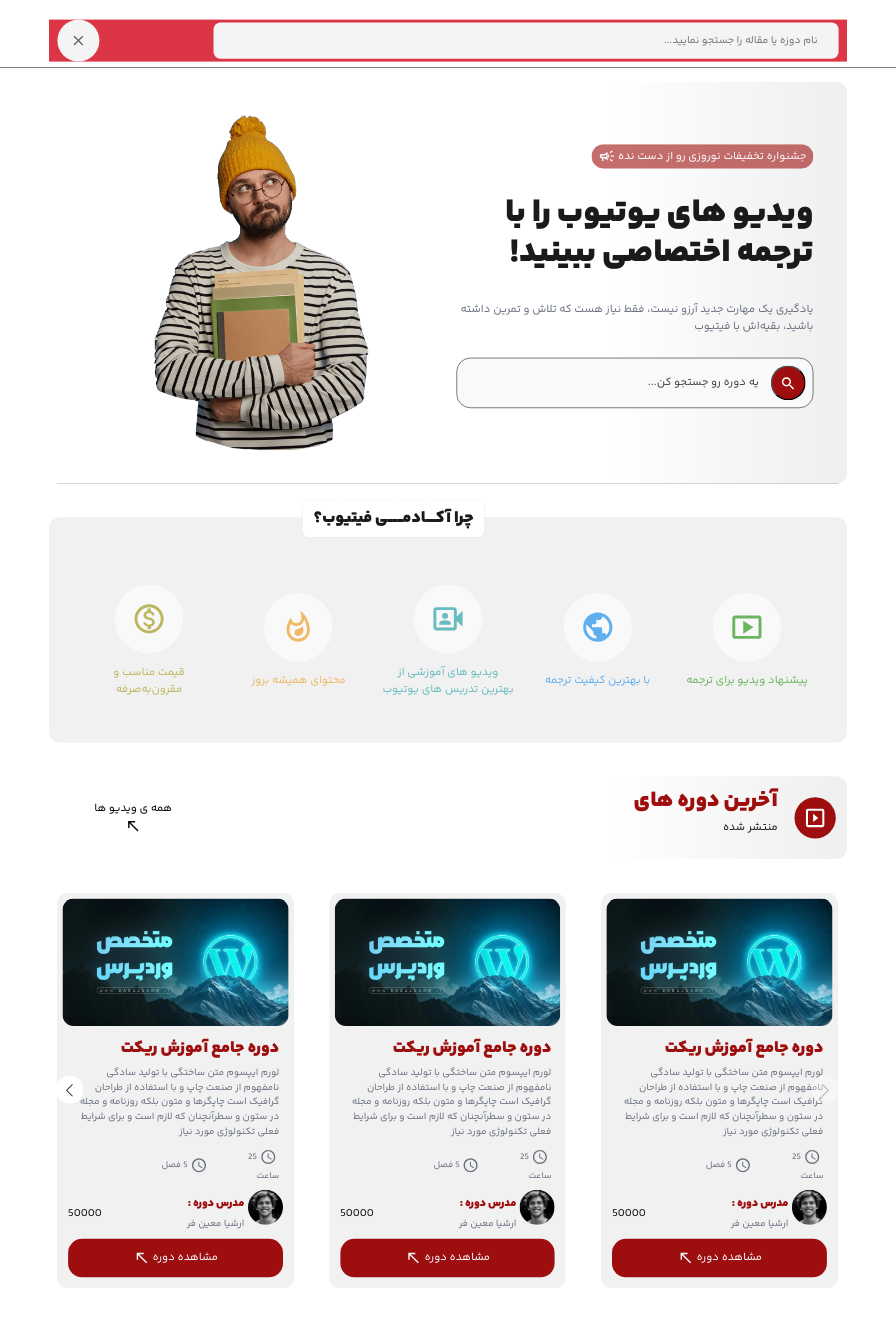
Repository: arshiamoeinfar/fitube
Page: /, after clicking the first element matching `div.utility-bar > :nth-child(2)`
These files come from the project's save history. The page is drawn as it stood at one moment and after the next save; the edit follows.
The browser window is 1280 px wide. The pictures show the part of the page from y = 0 to 1920 px (the page is 2921 px tall), at 70% of full size.
The project was rebuilt for these pictures with package versions that can differ from the ones it lists, and the page was loaded fresh each time. Also part of the build but not shown: src/components/LandingCounter/LandingCounter.css, src/components/LandingCounter/LandingCounter.js, src/components/BoxHeader/BoxHeader.jsx, src/components/Category/Category.jsx, src/components/CartPermium/CartPremium.jsx, src/components/BuyPremium/BuyPremium.jsx, src/pages/Login/Login.js, src/components/MovieHeader/VideoPlayer.css and 2 more. Imported but missing from the stored project, and not drawn on this page: src/assets/videos/video5972191431412946595.mp4.

Above is the page before, as saved 2025-04-04 12:00:01.

### src/index.css
@font-face {
    font-family: 'YakanBakh';
    src: url("./assets/fonts/YekanBakh-Black.ttf") format('truetype');
}
@font-face {
    font-family: 'YakanBakhMedium';
    src: url("./assets/fonts/YekanBakh-Regular.ttf") format('truetype');
}


:root{
    --bs-font-bold: 'YakanBakh';
    --bs-font-md: 'YakanBakhMedium';
}
* {
  margin: 0;
  padding: 0;
  box-sizing: border-box;
  direction: rtl;
}

html,
body {
  width: 100%;
  height: 100%;
  margin: 0;
  padding: 0;
  background-color: #00000000;
}

### src/components/DarkMode/DarkMode.jsx
import { useState, useEffect } from "react";
import { IconButton } from "@mui/material";
import { Brightness4, Brightness7 } from "@mui/icons-material";
import BedtimeOutlinedIcon from '@mui/icons-material/BedtimeOutlined';
import WbSunnyOutlinedIcon from '@mui/icons-material/WbSunnyOutlined';
import "./DarkMode.css";
const ThemeToggle = () => {
    const [theme, setTheme] = useState(localStorage.getItem("theme") || "light");

    useEffect(() => {
        document.documentElement.setAttribute("data-bs-theme", theme);
        localStorage.setItem("theme", theme);
    }, [theme]);

    return (
        <IconButton onClick={() => setTheme(theme === "light" ? "dark" : "light")} color="inherit">
            {theme === "light" ? <BedtimeOutlinedIcon /> : <WbSunnyOutlinedIcon />}
        </IconButton>
    );
};

export default ThemeToggle;

### src/components/DarkMode/DarkMode.css

#btn-DarkMode {
  background-color: var(--btn-bg-color);
  color: var(--btn-color);
  border-color: var(--btn-border-color);
}

:root[data-bs-theme="dark"] {
    --bs-body-bg: #0d0d0d; /* پس‌زمینه کاملاً تاریک */
    --bs-body-color: #e0e0e0; /* متن خاکستری روشن برای خوانایی */
    --bs-card-bg: #1a1a1a; /* رنگ کارت‌ها */
    --bs-card-border-color: #333; /* رنگ بردر کارت */
    --bs-btn-bg: #ffffff; /* رنگ دکمه‌ها */
    --bs-btn-border-color: #444;
    --bs-btn-hover-bg: #333;
    --bs-link-color: #9acd32; /* رنگ لینک‌ها */
    --bg-utility-navbar: #1b1b21;
    --bs-submenu-bg: #9f0e0e;
    --bs-menu-bg:#fff;
    --bs-main-color: #15151A;
    --bs-main-color2: #111115;
    --bs-back-main-2:#121218;
    --bs-btn-hover: #600707;
    --bs-text-color: #ffffff;
}
:root[data-bs-theme="light"] {
    --bs-body-bg: #ffffff; /* پس‌زمینه کاملاً تاریک */
    --bs-body-color: #1a1a1a; /* متن خاکستری روشن برای خوانایی */
    --bs-card-bg: #1a1a1a; /* رنگ کارت‌ها */
    --bs-card-border-color: #333; /* رنگ بردر کارت */
    --bs-btn-bg: #050404; /* رنگ دکمه‌ها */
    --bs-btn-border-color: #444;
    --bs-btn-hover-bg: #333;
    --bs-link-color: #9acd32; /* رنگ لینک‌ها */
    --bg-utility-navbar: #f4f4f5;
    --bs-submenu-bg: #9f0e0e;
    --bs-menu-bg:#9f0e0e;
    --bs-main-color: #efefef;
    --bs-main-color2: #f4f4f4;
    --bs-back-main-2:#f1f1f1;
    --bs-btn-hover: #600707;
    --bs-text-color: #9f0e0e;
}

### src/components/Navbar/Navbar.jsx
import React, { useState } from "react";
import { Link } from "react-router-dom";
import { Navbar, Container, Nav, Row, Col } from "react-bootstrap";
import logo from "./../../assets/icons/Logo.png";
import "./Navbar.css";
import SearchIcon from "@mui/icons-material/Search";
import KeyboardArrowDownIcon from "@mui/icons-material/KeyboardArrowDown";
import KeyboardArrowLeftIcon from "@mui/icons-material/KeyboardArrowLeft";
import ShoppingCartOutlinedIcon from "@mui/icons-material/ShoppingCartOutlined";
import PersonOutlineOutlinedIcon from "@mui/icons-material/PersonOutlineOutlined";
import DarkMode from "../DarkMode/DarkMode";
import CloseIcon from "@mui/icons-material/Close";
const Header = () => {
  const [isShowSerachBox, setIsShowSerachBox] = useState(false);

  return (
    <Navbar id="navbar" className="container-fluid px-3 mx-auto ">
      {isShowSerachBox ? (
        <div className="container bg-danger search-box w-100 d-flex justify-content-between align-items-center">
          <div className="contact-email">
            <input type="text" placeholder="نام دوزه یا مقاله را جستجو نمایید..." className="w-100"/>
          </div>
          <div className="icon-close-searchBox" onClick={() => setIsShowSerachBox(false)}>
            <CloseIcon style={{ color: "#666" }} fontSize="medium" />
          </div>
        </div>
      ) : (
        <div
          id="navbar-container"
          className=" d-flex justify-content-between align-items-center mx-auto"
        >
          <div className="row d-flex justify-content-between align-items-center w-100">
            <div className="col-8 d-flex align-items-center justify-content-start">
              <div className="logo">
                <Link to="/">
                  <img className="logo-navbar" src={logo} alt="logo" />
                </Link>
              </div>
              <div className="menus-navbar">
                <Nav
                  id="navbar-menus"
                  className=" d-flex align-items-center justify-content-start mx-3"
                >
                  <div className="menu  d-flex justify-contant-end align-items-end ">
                    <li
                      className=" mx-3 text-decoration-none nav_link"
                      to="#home"
                    >
                      دسته بندی آموزشها
                      <KeyboardArrowDownIcon />
                      <div className="subMenu">
                        <li>
                          برنامه نویسی
                          <KeyboardArrowLeftIcon />
                        </li>
                        <li>
                          برنامه نویسی
                          <KeyboardArrowLeftIcon />
                        </li>
                        <li>
                          برنامه نویسی
                          <KeyboardArrowLeftIcon />
                        </li>
                        <li>
                          برنامه نویسی
                          <KeyboardArrowLeftIcon />
                        </li>
                        <li>
                          برنامه نویسی
                          <KeyboardArrowLeftIcon />
                        </li>
                        <li>
                          برنامه نویسی
                          <KeyboardArrowLeftIcon />
                        </li>
                        <li>
                          برنامه نویسی
                          <KeyboardArrowLeftIcon />
                        </li>
                        <li>
                          برنامه نویسی
                          <KeyboardArrowLeftIcon />
                        </li>
                      </div>
                    </li>
                  </div>
                  <div className="menu  d-flex justify-contant-end align-items-end ">
                    <li
                      className=" mx-3 text-decoration-none nav_link"
                      to="#home"
                    >
                      مقالات آموزشی
                      <KeyboardArrowDownIcon />
                      <div className="subMenu">
                        <li>
                          برنامه نویسی
                          <KeyboardArrowLeftIcon />
                        </li>
                        <li>
                          برنامه نویسی
                          <KeyboardArrowLeftIcon />
                        </li>
                        <li>
                          برنامه نویسی
                          <KeyboardArrowLeftIcon />
                        </li>
                        <li>
                          برنامه نویسی
                          <KeyboardArrowLeftIcon />
                        </li>
                        <li>
                          برنامه نویسی
                          <KeyboardArrowLeftIcon />
                        </li>
                        <li>
                          برنامه نویسی
                          <KeyboardArrowLeftIcon />
                        </li>
                        <li>
                          برنامه نویسی
                          <KeyboardArrowLeftIcon />
                        </li>
                        <li>
                          برنامه نویسی
                          <KeyboardArrowLeftIcon />
                        </li>
                      </div>
                    </li>
                  </div>
                  <li>
                    <Link className="nav_link text-decoration-none" to="/about">
                      درباره ما
                    </Link>
                  </li>
                </Nav>
              </div>
            </div>
            <div className="col-4">
              <div className="utility-bar d-flex justify-content-between align-items-center">
                {/* <img src={moon} alt="" /> */}

                <div className="_icon_Navbar">
                  <DarkMode />
                  {/* <WbSunnyIcon className="" /> */}
                </div>
                <div
                  className="_icon_Navbar"
                  onClick={() => setIsShowSerachBox(true)}
                >
                  <SearchIcon className=" " />
                </div>
                <div className="_icon_Navbar">
                  <ShoppingCartOutlinedIcon className=" " />
                  <span className="number_product reletive">
                    <span class="ping-effect"></span>
                    <span class="relative inline-flex h-5 w-5 bg-blue-500 rounded-full">
                      2
                    </span>
                  </span>
                </div>
                <div className="_icon_Navbar">
                  <PersonOutlineOutlinedIcon className=" " />
                </div>
                <div className="userLoginInfo">
                  <h3>ارشیا معین فر</h3>
                  <p>خوش آمدید</p>
                </div>
                <div className="userLoginArrow">
                  <KeyboardArrowDownIcon className="" />
                </div>
              </div>
            </div>
          </div>
        </div>
      )}
    </Navbar>
  );
};

export default Header;

### src/components/Header/Header.jsx

import "./Header.css";
import SearchIcon from '@mui/icons-material/Search';
import BoxHeader from "../BoxHeader/BoxHeader";
import main from "./../../assets/images/main.png";
import CampaignOutlinedIcon from '@mui/icons-material/CampaignOutlined';
const AnimatedHeader = () => {
  return (
    <div className="container-fluid  ">
     <div  className="container bg-black rounded-4 p-5 main">

      <div className="row d-flex justify-content-between align-items-center">
        <div className="col-6">
          <div className="header">
            <span id='span-off'>جشنواره تخفیفات نوروزی رو از دست نده <CampaignOutlinedIcon/></span>
            <h1 className="title-main">ویدیو های یوتیوب را با ترجمه اختصاصی ببینید!</h1>
            <p className="text-main">یادگیری یک مهارت جدید آرزو نیست، فقط نیاز هست که تلاش و تمرین داشته باشید، بقیه‌اش با فیتیوب</p>
            <div id="container-input-search" className="input-group mb-3 bg-light">
              <button id="btn-search" className="" type="button">
                <SearchIcon />
              </button>
              <input
              id="input-search"
              type="text" className="form-control " placeholder="یه دوره رو جستجو کن..." />
            </div>
          </div>
        </div>
        <div className="col-6  d-flex justify-content-center align-items-center">
          <img className="img-main-header" src={main} alt="" />
        </div>
      </div>
     </div>
    </div>
  );
};

export default AnimatedHeader;

### src/components/Mostpopular/Most popular.jsx
import React from "react";
import "./Mostpopular.css";
import SlideshowIcon from "@mui/icons-material/Slideshow";
import NorthWestIcon from '@mui/icons-material/NorthWest';
const MostPopular = () => {
  return (
    <div id="container-most" className="container rounded-4 mt-5 p-3">
      <div className="continer-popular  d-flex justify-content-between">
      <div className="row w-100  d-flex justify-content-between align-items-center">
        <div className="col-10 d-flex align-items-center">
          <div className="icon-popular-bac">
            <SlideshowIcon className="icon-popular" fontSize="large" />
          </div>
          <div className="text-poular me-4">
            <h2>آخرین دوره های</h2>
            <p>منتشر شده</p>
          </div>
        </div>
        <div className="col-2">
          <div className="btn-popular">
            <button className="btn-disabled-hover">همه ی ویدیو ها <NorthWestIcon/></button>
          </div>
        </div>
      </div>

      </div>
    </div>
  );
};

export default MostPopular;

### src/components/Header/Header.css
.container-fluid{
  margin-top: 20px;
}
.main {
  background: linear-gradient(
    to right,
    var(--bs-body-bg) 0%,
    var(--bs-body-bg) 40%,
    var(--bs-body-bg) 70%,
    var(--bs-main-color2) 90%,
    var(--bs-main-color) 100%
  );
}
#span-off {
  background-color: var(--bs-submenu-bg);
  font-family: var(--bs-font-md);
  border-radius: 20px;
  padding: 5px 10px;
  color: white;
  animation: breathEffect 3s infinite ease-in-out;
}
@keyframes breathEffect {
  0% {
    transform: scale(1);
    opacity: 0.5;
  }
  50% {
    transform: scale(1.5);
    opacity: 1;
  }
  100% {
    transform: scale(2);
    opacity: 0.5;
  }
}
.title-main {
  font-family: var(--bs-font-bold);
  margin: 2.5rem 0;
  font-size: 3rem;
}
.text-main {
  font-family: var(--bs-font-md);
  color: #6b7280;
  font-size: 1rem;
  margin-bottom: 2rem;
}
#container-input-search {
  padding: 10px;
  border-radius: 20px;
  border: 1px solid var(--bs-btn-border-color);
}
#btn-search {
  width: 50px;
  height: 50px;
  border-radius: 50%;
  margin: auto;
  background-color: var(--bs-submenu-bg);
  color: #ffffff;
}
#input-search {
  font-family: var(--bs-font-md);
  font-size: 16px;
  color: #6b7280;
  background-color: transparent;
  border: none;
  margin-right: 5px;
}
.form-control:focus,
input:focus {
  outline: none !important;
  box-shadow: none !important;
}
#input-search::placeholder {
  font-size: 16px;
  font-family: var(--bs-font-md);
  color: var(--bs-btn-border-color);
}
.img-main-header {
  width: 60%;
}

### src/components/Category/Category.css
@font-face {
 font-family: "YekanBakh";
 src: url("./../../assets/fonts/YekanBakh-ExtraBlack.ttf");
}
@font-face {
    font-family: "YekanBakhRegular";
    src: url("./../../assets/fonts/YekanBakh-Bold.ttf");
  }
  @font-face {
    font-family: "YekanBakhMedium";
    src: url("./../../assets/fonts/YekanBakh-SemiBold.ttf");
  }
#container{
  /* margin-top: -30rem; */
}

#title{
    font-size: 3rem;
    color: #ffffff;
    font-family: "YekanBakh";
}

#title-category{
    font-family: "YekanBakhRegular";
    font-size:1.3rem;
}
#btn-category{
    border: none;
    color: #ffffff;
    padding: 1rem;
    font-family: "YekanBakhMedium";
}

  /* تغییر رنگ آیکون فلش */
  .swiper-button-next::after,
  .swiper-button-prev::after {
    color: rgb(255, 255, 255); /* رنگ فلش */
    font-size: 18px; /* اندازه فلش */
  }

  /* تغییر استایل هنگام هاور */
  .swiper-button-next:hover,
  .swiper-button-prev:hover {
    background-color: rgba(255, 255, 255, 0.8);
  }

  /* استایل دکمه‌های غیرفعال (موقعی که به آخر اسلاید برسیم) */
  .swiper-button-disabled {
    opacity: 0.3;
    pointer-events: none;
  }

  /* مخفی کردن دکمه‌ها در موبایل */
  @media (max-width: 768px) {
    .swiper-button-next, .swiper-button-prev {
      display: none;
    }
  }
  .swiper-pagination {
    bottom: 10px !important; /* مقدار را بیشتر یا کمتر کن تا تنظیم شود */
    z-index: 1000;
    position: absolute;
  }
  .swiper-pagination-bullet{
    background-color: #f16969;
    opacity: 0.5;
  }
  .swiper-pagination-bullet-active{
    background-color: #ff0000;
    opacity: 1;
  }

### src/components/Mostpopular/Mostpopular.css

#container-most {
  background: linear-gradient(
    to right,
    var(--bs-body-bg) 0%,
    var(--bs-body-bg) 40%,
    var(--bs-body-bg) 70%,
    var(--bs-main-color2) 90%,
    var(--bs-main-color) 100%
  );

}

.icon-popular-bac{
  padding: 12px;
  border-radius: 50%;
  background-color: #9f0e0e;
}
.icon-popular{
  color: white;
}
.text-poular h2{
  font-family: var(--bs-font-bold);
  color: #9f0e0e;
}
.text-poular p{
  font-family: var(--bs-font-md);
  color: var( --bs-body-color);
}

.text-poular{
  margin-right: 10px;
}

.btn-popular button{
  color: var( --bs-btn-bg);
  background-color: var(--bs-body-bg);
  padding: 10px 13px;
  border-radius: 30px;
  font-family: var(--bs-font-md);
  border: none;
  transition: all 0.3s ease;
}
.btn-popular button:hover{
color: #9f0e0e;
background-color: var(--bs-body-bg);
}

### src/components/CartPermium/CartPremium.css
@font-face {
  font-family: "YakanBakh";
  src: url("../../assets/fonts/YekanBakh-Black.ttf");
}

#container_card {
    width: 100%;
    height: 100%;
    background: linear-gradient(
        to right,
    rgb(189, 2, 2),
    rgba(55, 3, 3, 0.97),
    rgba(44, 8, 8, 0.91),
    rgba(72, 16, 16, 0.799)
    );
    position: relative;
    top: 8rem;
}

.container_card {
  width: 100%;
  height: 100%;
}
#text_card_premium {
  font-size: 2.5rem;
  color: #ffffff;
  font-family: "YakanBakh";
}

### src/components/BuyPremium/BuyPremium.css
@font-face {
  font-family: "YakanBakh";
  src: url("../../assets/fonts/YekanBakh-Black.ttf");
}
@font-face {
  font-family: "YakanBakhMedium";
  src: url("../../assets/fonts/YekanBakh-Regular.ttf");
}

#container {
  margin-top: 10rem;
}

#container_card_buy {
  width: 100%;
  height: 100%;
  background: linear-gradient(
    to right,
    rgba(15, 15, 15, 1),
    rgba(52, 20, 20, 0.97),
    rgba(58, 24, 24, 0.91),
    rgba(232, 8, 8, 0.56)
  );
}

#text_title_card_buy{
    font-size: 2.5rem;
    color: #ffffff;
    font-family: "YakanBakh";
    margin-bottom: 1rem;
}

#text_card_buy{
    font-size: 1rem;
    color: #ffffff;
    font-family: "YakanBakhMedium";
}


#button_card_buy{
    font-size: 1.1rem;
    color: #ffffff;
    font-family: "YakanBakhMedium";
}

### src/components/WayUs/Wayus.css
.title {
  font-family: var(--bs-font-bold);
  background-color: var(--bs-body-bg);
  font-size: 1.5rem;
  border: 1px dashed #e3e3e3;
  width: fit-content;
  margin: auto;
  padding: 8px 15px;
  border-radius: 10px;
  position: absolute;
  transform: translate(-180%, -135%);
}
.features {
  animation: breathEffect 3s infinite ease-in-out;
}
#container-way-us {
  background-color: var(--bs-back-main-2);
}
@keyframes breathEffect {
  0% {
    opacity: 0.6;
  }
  50% {
    opacity: 1;
  }
  100% {
    opacity: 0.6;
  }
}
.circle {
  background-color: var(--bs-body-bg);
}
.circle-1 {
  color: #0b999e;
}
.circle-3 {
  color: #0184ef;
}
.circle-2 {
  color: #158e00;
}
.circle-4 {
  color: #ef940a;
}
.circle-5 {
  color: #9c8f00;
}
.text-WayUs {
  font-family: var(--bs-font-md);
  margin-top: 1rem;
}

### src/components/BoxCourses/BoxCourses.css

.container-box-courses{
    background-color: var(--bs-back-main-2);
      border-radius: 1rem;
}
.swiper-button-prev{
    background-color: var(--bs-body-bg);
    padding: 10px;
    width: 40px;
    height: 40px;
    border-radius: 50%;
    transition: all 0.3s ease;
}
.swiper-button-next{
    background-color: var(--bs-body-bg);
    padding: 10px;
    width: 40px;
    height: 40px;
    border-radius: 50%;
    transition: all 0.3s ease;
}
.swiper-button-next::after ,
.swiper-button-prev::after{
    color: var( --bs-body-color);
}
.swiper-button-next:hover ,
.swiper-button-prev:hover{
    background-color: var(--bs-body-bg);
}
.img-courses img{
    width: 300px;
    cursor: pointer;
}
.info-box-courses{
    cursor: pointer;
}
.info-box-courses h3{
    font-family: var(--bs-font-bold);
    margin: 10px 5px;
    font-size: 1.5rem;
color: var(    --bs-text-color);
}
.info-box-courses p{
    font-family: var(--bs-font-md);
    margin: 10px 5px;
    color: #6b7280;
    font-size: 14px;
}
.date-score-season{
    display: flex;
    justify-content: start;
    margin: 10px 5px;
}
.date-score-season span{
    font-family: var(--bs-font-md);
    font-size: 0.8rem;
    color: #6b7280;
}

.img-course img{
    width: 50px;
}
.info-teacher-course{
    width: 100%;

}
.info-teacher-course span{
    font-family: var(--bs-font-md);
}
.info-teacher h3{
font-size: 1rem;
}
.btn-courses{
    font-family: var(--bs-font-md);
    background-color: #6666;
    padding: 15px 10px;
    border-radius: 20px;
    border: none;
    background-color: var(--bs-submenu-bg);
    color: aliceblue;
    transition: all 0.3s ease;
}
.btn-courses:hover{
    background-color: #600707;
}

### src/components/Comments/Comments.css
/* .container-commment{
    height: 800px;
} */
.logo-comment {
  background-color: #9f0e0e;
  padding: 12px;
  width: 60px;
  height: 60px;
  border-radius: 50%;
}
.icon-comments {
  color: #fff;
}
.title-comment h3 {
  font-family: var(--bs-font-bold);
  color: #9f0e0e;;
}
.title-comment p {
  font-family: var(--bs-font-md);
  color: #6b7280;
}
.box-comments {
  background-color: var(--bs-back-main-2);
}
.box-comment-texts {
  font-family: var(--bs-font-md);
  color: #6b7280;
}
.customer-name {
  font-family: var(--bs-font-bold);
  color: var(--bs-text-color);
}
.customer-course {
  font-family: var(--bs-font-md);
  color: #6b7280;
}
.img-comment-customer {
  width: 50px;
  height: 50px;
  border-radius: 50%;
}

### src/components/BoxHeader/BoxHeader.css

@font-face {
    font-family: "YekanBakh";
    src: url("../../assets/fonts/YekanBakh-ExtraBold.ttf");
}

#boxHeader{
    border-radius: 10px;
    width:fit-content;
    height: fit-content;
    display: flex;
    justify-content: center;
    align-items: center;
    position: absolute;
    top: 50%;
    left: 50%;
    transform: translate(-50%, 20%);
}

.box-header-item{
    width: 200px;
    height: 200px;
    border-radius: 10px;
    display: flex;
    justify-content: center;
    align-items: center;
    flex-direction: column;
    text-align: center;
    color: black;
    font-family: "YekanBakh";
}

.landing-status__text{
    font-size: 20px;
    font-weight: 500;
    color: #898989;
}

Loaded but not shown: public/index.html (common file); src/index.js (common file); src/pages/Index/Index.js (24 lines, source omitted); src/App.js (19 lines, source omitted); src/routes.js (9 lines, source omitted); src/components/BoxCourses/BoxCourses.jsx (256 lines, source omitted); src/components/Footer/Footer.jsx (150 lines, source omitted); src/components/Comments/Comments.jsx (85 lines, source omitted); src/components/WayUs/Wayus.jsx (66 lines, source omitted); src/components/Navbar/Navbar.css (151 lines, source omitted); src/components/Footer/Footer.css (137 lines, source omitted)

After the next save:
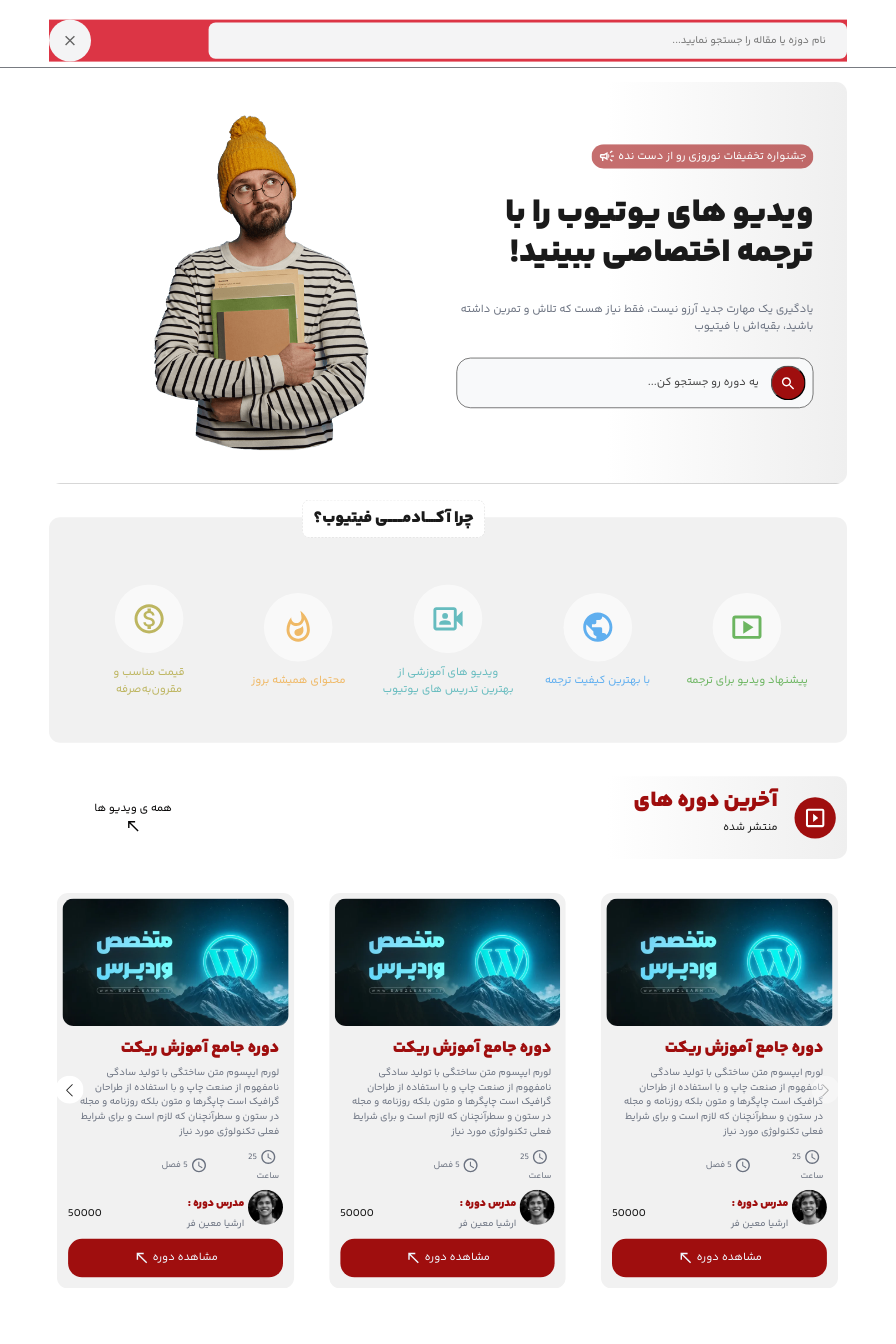
Saved 9 s later.
--- a/src/components/Navbar/Navbar.jsx
+++ b/src/components/Navbar/Navbar.jsx
@@ -16,7 +16,7 @@ const Header = () => {
   return (
     <Navbar id="navbar" className="container-fluid px-3 mx-auto ">
       {isShowSerachBox ? (
-        <div className="container bg-danger search-box w-100 d-flex justify-content-between align-items-center">
+        <div className="container bg-danger p-0 search-box w-100 d-flex justify-content-between align-items-center">
           <div className="contact-email">
             <input type="text" placeholder="نام دوزه یا مقاله را جستجو نمایید..." className="w-100"/>
           </div>
